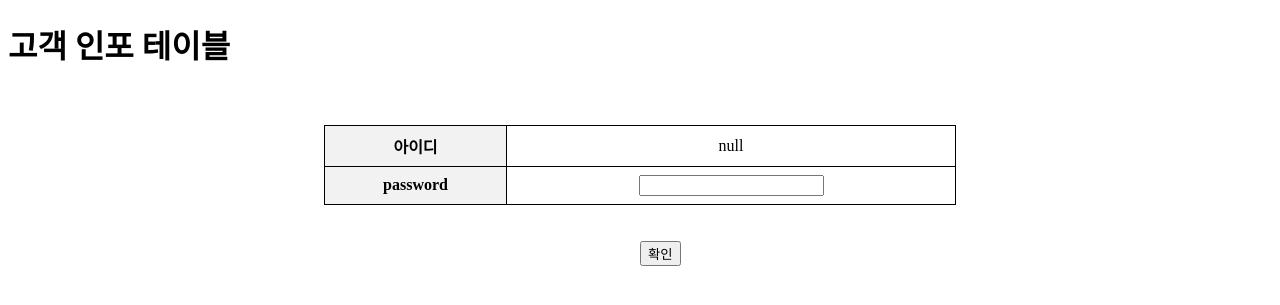
Repository: 2JISUN/hta-lecture-basic
Page: http://localhost/jsp03/info.jsp
These files come from the project's save history. The page is drawn as it stood at one moment and after the next save; the edit follows.
The browser window is 1280 px wide. The pictures show the whole page.
The page is served by Tomcat 10. Other server files are loaded and not shown. Queries for data that is not in the repository find no rows.

Above is the page before, as saved 2023-09-15 06:40:59.

### jsp-lecture/jsp03/src/main/webapp/info.jsp
<%@page import="java.sql.ResultSet"%>
<%@page import="java.sql.PreparedStatement"%>
<%@page import="java.sql.Connection"%>
<%@page import="java.sql.DriverManager"%>
<%@ page language="java" contentType="text/html; charset=UTF-8"
    pageEncoding="UTF-8"%>
<!DOCTYPE html>
<html>
<head>
    <meta charset="UTF-8">
    <title>고객 인포 테이블</title>
    <style>
        h1 {
width: 50%;
            left:50%;
        }
        table {
            border-collapse: collapse;
            width: 50%;
            margin: auto;
        }
        th, td {
            border: 1px solid black;
            padding: 8px;
            text-align: center;
        }
        th {
            background-color: #f2f2f2;
        }
        button {
            position:absolute;
            left:50%;
        }
    </style>
</head>
<body>
<%
    String userID = request.getParameter("id");

    //1. driver 찾기
    String driver = "oracle.jdbc.OracleDriver";
    Class.forName(driver);

    //2. url
    // 자바17 = 오라클11
    String url = "jdbc:oracle:thin:@localhost:1521:xe";
    String id = "jisun";
    String pw = "1234";

    Connection conn = DriverManager.getConnection(url, id, pw);
    System.out.println("db연결 성공");

    //3. 조회 : 쿼리 작성 + 결과값 받아오기
    //3-1. 쿼리문 처리 메서드
    //3-2. 결과값 받아오기 select 를 제외하고 나머지는 정수 0
    PreparedStatement pstmt = null;
    ResultSet rs = null;
    String sql = "select * from test where id = ?";
    pstmt = conn.prepareStatement(sql);
    pstmt.setString(1, userID);
    rs = pstmt.executeQuery();
%>

	<h1>고객 인포 테이블</h1>
	<br>
	<br>
	<table>
	    <tbody>
	        <tr>
	            <th>아이디</th>
	            <td><%= userID %></td>
	        </tr>
	        <tr>
	            <th>password</th>
	            <td><input type="password" name="userPW"></td>
	        </tr>
	    </tbody>
	</table>
	<input type="hidden" name="userID" value="<%= userID %>" readonly>
		<br>
	<br>
	<button>확인</button>
	</body>
</html>

After the next save:
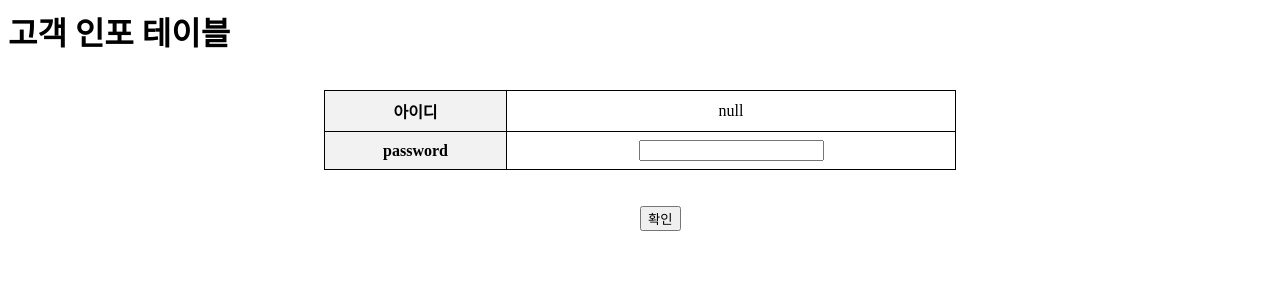
Saved 7 s later.
--- a/jsp-lecture/jsp03/src/main/webapp/info.jsp
+++ b/jsp-lecture/jsp03/src/main/webapp/info.jsp
@@ -11,7 +11,7 @@
     <title>고객 인포 테이블</title>
     <style>
         h1 {
-width: 50%;
+margin: auto;
             left:50%;
         }
         table {
